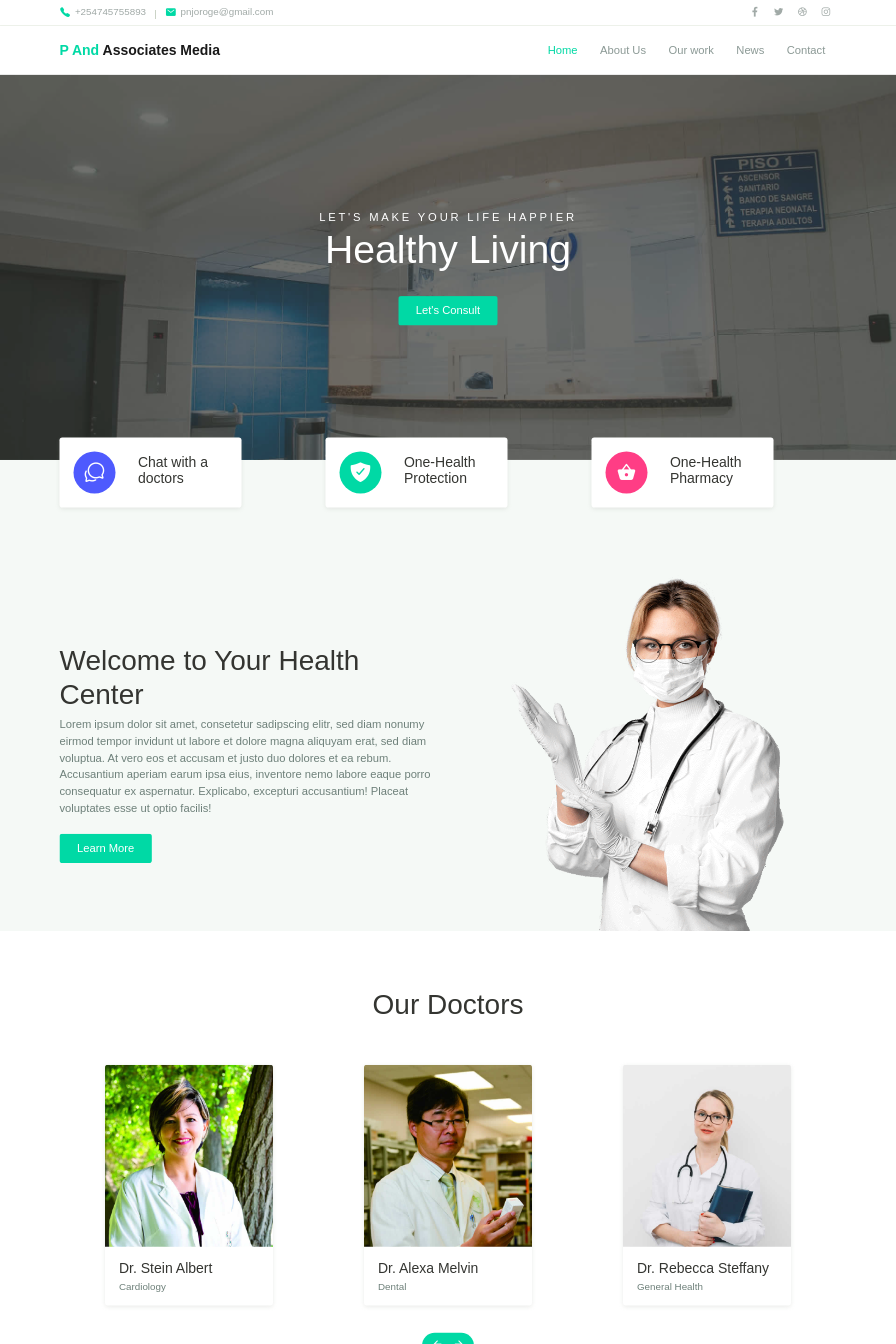
Repository: profbkmurage/myWeb
Page: html/index.html
An editor plug-in stored every save of this project. The page is shown before and after the next save, followed by the edit.
The browser window is 1280 px wide. The pictures show the part of the page from y = 0 to 1920 px (the page is 4153 px tall), at 70% of full size.

Above is the page before, as saved 2023-12-10 15:54:40.

After the next save:
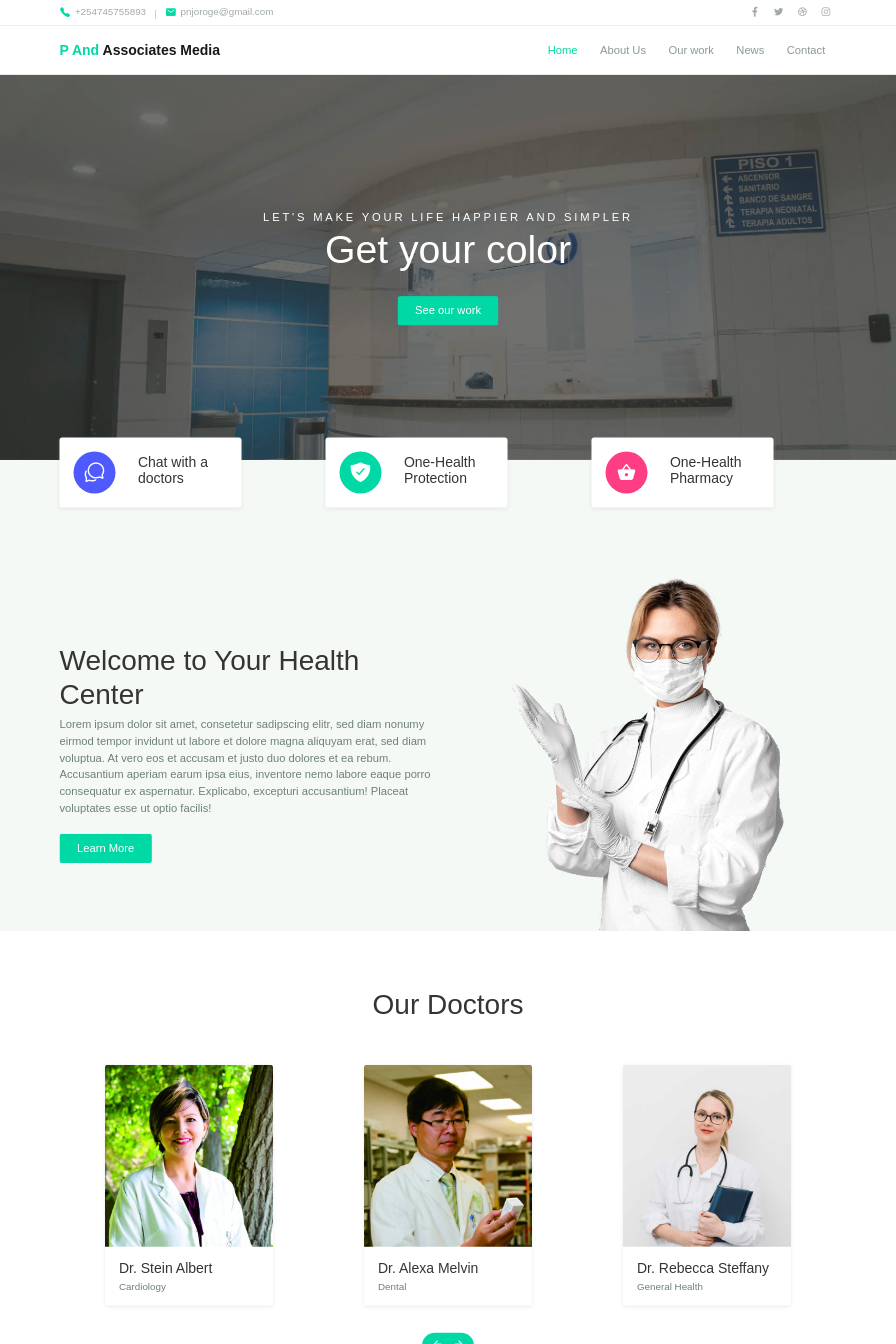
Saved 104 s later.
--- a/html/index.html
+++ b/html/index.html
@@ -92,9 +92,9 @@
   <div class="page-hero bg-image overlay-dark" style="background-image: url(../assets/img/bg_image_1.jpg);">
     <div class="hero-section">
       <div class="container text-center wow zoomIn">
-        <span class="subhead">Let's make your life happier</span>
-        <h1 class="display-4">Healthy Living</h1>
-        <a href="#" class="btn btn-primary">Let's Consult</a>
+        <span class="subhead">Let's make your life happier and simpler</span>
+        <h1 class="display-4">Get your color</h1>
+        <a href="./work.html" class="btn btn-primary">See our work</a>
       </div>
     </div>
   </div>
